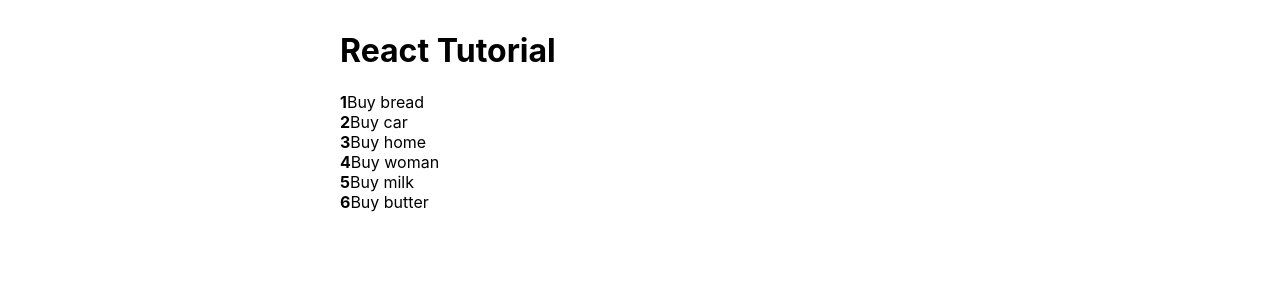
Repository: GregorPiev/rorganizer
Page: /
These files come from the project's save history. The page is drawn as it stood at one moment and after the next save; the edit follows.
The browser window is 1280 px wide. The pictures show the whole page.
The project was rebuilt for these pictures with package versions that can differ from the ones it lists, and the page was loaded fresh each time.

Above is the page before, as saved 2020-08-18 13:50:19.

After the next save:
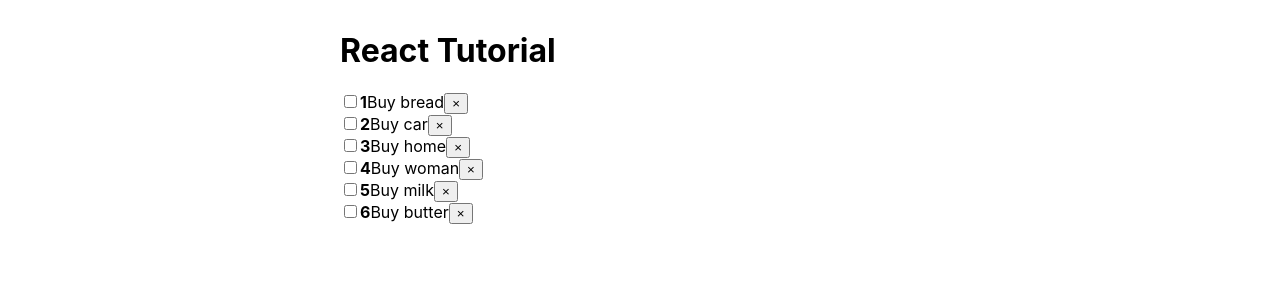
Saved 2 min 17 s later.
--- a/src/Todo/TodoItem/TodoItem.js
+++ b/src/Todo/TodoItem/TodoItem.js
@@ -5,8 +5,13 @@ function TodoItem({ todo, index }) {
 
     return (
         <li>
-            <strong>{index + 1}</strong>
-            {todo.title}
+            <span>
+                <input type='checkbox' />
+                <strong>{index + 1}</strong>
+                {todo.title}
+            </span>
+            <button>&times;</button>
+
         </li>
     )
 }
